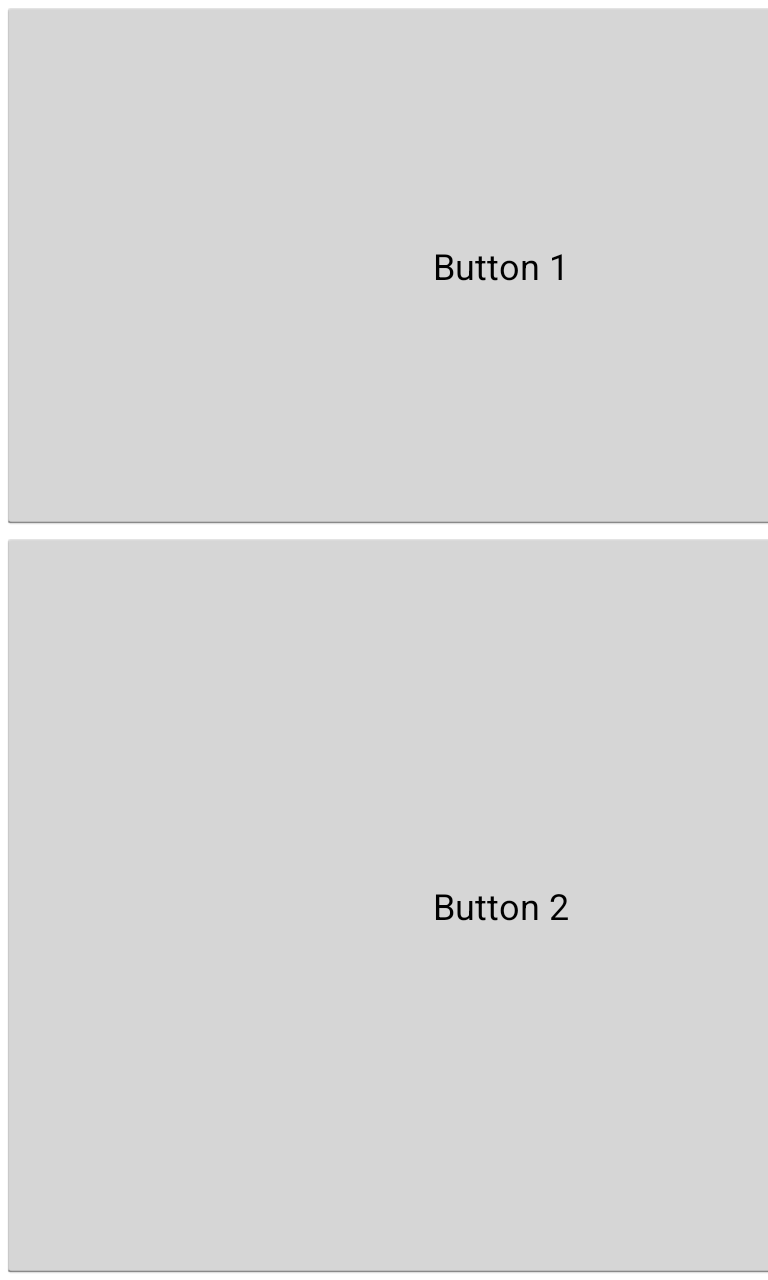
Repository: Lijianhao1995/Android
Layout: ActivityTest/res/layout/first_layout.xml
The author's editor kept a copy of each file at every save. The layout is drawn from the files as they stood at one save, then again after the next save.
It is drawn on a 768 x 1280 px phone screen (xhdpi) without system bars, with theme AppTheme; the app's code is not run.

Above is the layout before, as saved 2015-04-26 07:42:52.

### ActivityTest/res/layout/first_layout.xml
<?xml version="1.0" encoding="utf-8"?>
<LinearLayout xmlns:android="http://schemas.android.com/apk/res/android"
    xmlns:tools="http://schemas.android.com/tools"
    android:layout_width="match_parent"
    android:layout_height="match_parent"
    android:orientation="vertical"
    tools:context=".FirstActivity" >
    <Button
        android:id="@+id/button_1"
        android:layout_width="500dp"
        android:layout_height="wrap_content"
        android:layout_weight="2"
        android:text="Button 1"
        />
    <Button
        android:id="@+id/button_2"
        android:layout_width="500dp"
        android:layout_height="wrap_content"
        android:layout_weight="3"

        android:text="Button 2"
        />


</LinearLayout>

Loaded but not shown: ActivityTest/res/values/styles.xml (common file); ActivityTest/res/values-v11/styles.xml (common file); ActivityTest/res/values-v14/styles.xml (common file)

After the next save:
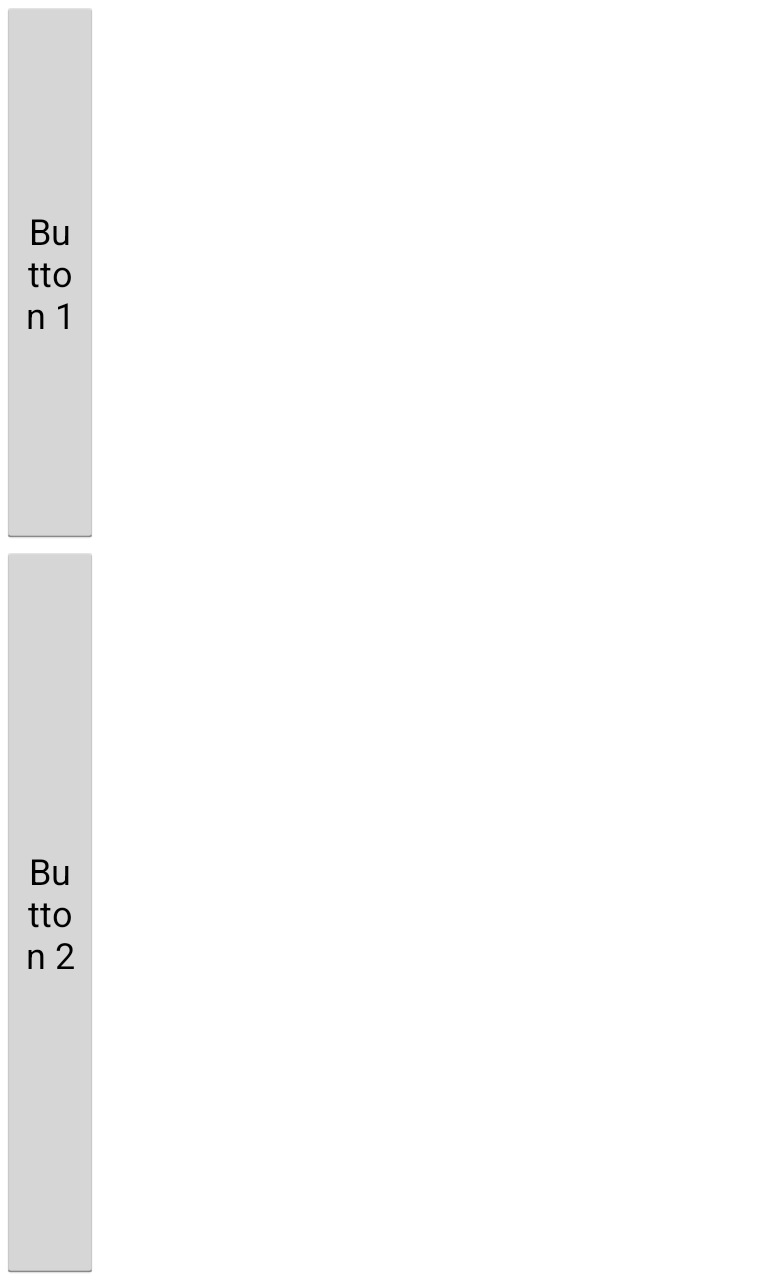
Saved 49 s later.
--- a/ActivityTest/res/layout/first_layout.xml
+++ b/ActivityTest/res/layout/first_layout.xml
@@ -7,14 +7,14 @@
     tools:context=".FirstActivity" >
     <Button
         android:id="@+id/button_1"
-        android:layout_width="500dp"
+        android:layout_width="50dp"
         android:layout_height="wrap_content"
         android:layout_weight="2"
         android:text="Button 1"
         />
     <Button
         android:id="@+id/button_2"
-        android:layout_width="500dp"
+        android:layout_width="50dp"
         android:layout_height="wrap_content"
         android:layout_weight="3"
 
